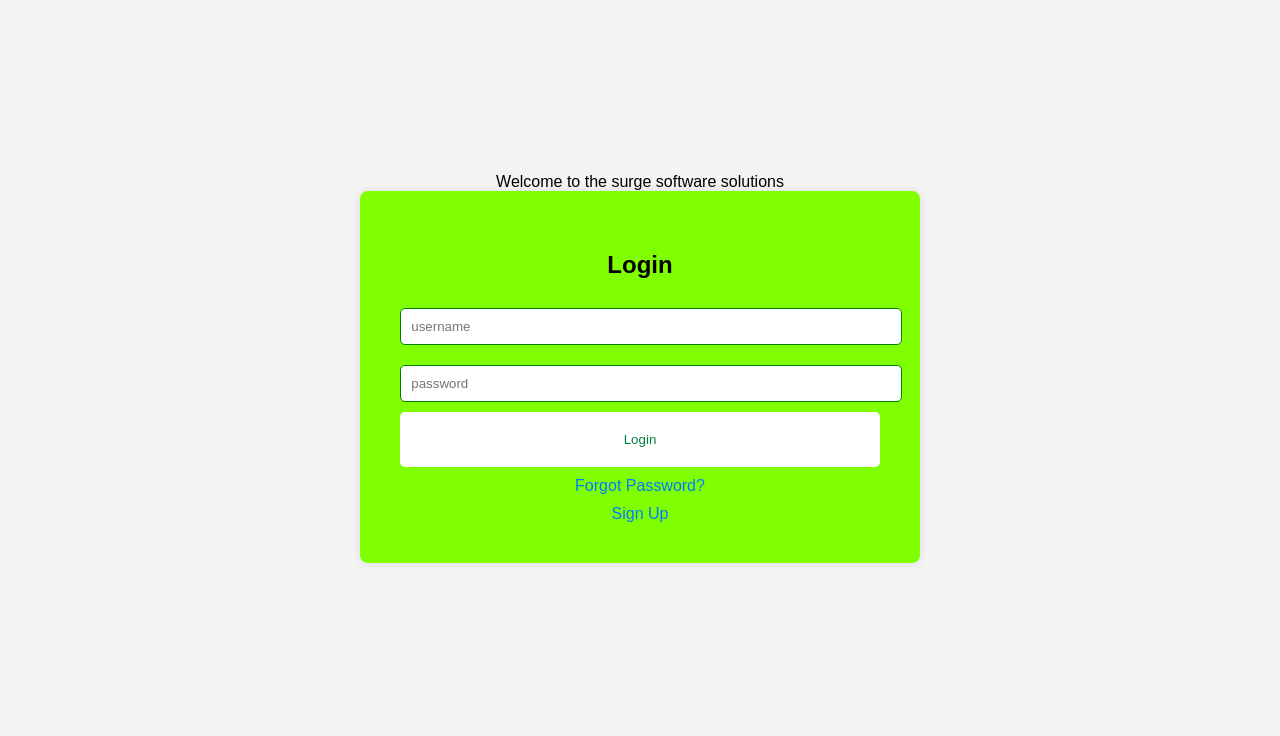
Repository: rahulmadasuongole/Demo
Page: firstwedapp/build/classes/webapp/loginfrom.html
The author's editor kept a copy of each file at every save. The page is drawn from the files as they stood at one save, then again after the next save.
The browser window is 1280 px wide. The pictures show the whole page.

Above is the page before, as saved 2025-03-06 12:12:20.

### firstwedapp/build/classes/webapp/loginfrom.html
<!DOCTYPE html>
<html lang="en">
<head>
    <meta charset="UTF-8">
    <meta name="viewport" content="width=device-width, initial-scale=1.0">
    <title>Login Page</title>
    <style>
        body {
            font-family: Arial, sans-serif;
            display: flex;
            justify-content: center;
            align-items: center;
            height: 100vh;
            background-color: #f4f4f4;
        }
        .login-container {
            background: rgb(128, 255, 0);
            padding: 40px;
            border-radius: 8px;
            box-shadow: 0px 0px 10px 0px rgba(0, 0, 0, 0.1);
            text-align: center;
        }
        .login-container input {
            width: 100%;
            padding: 10px;
            margin: 10px 0;
            border: 1px solid rgb(0, 128, 0);
            border-radius: 5px;
        }
        .login-container button {
            width: 100%;
            padding: 20px;
            background: rgb(255, 255, 255);
            color: rgb(0, 128, 64);
            border: none;
            border-radius: 5px;
            cursor: pointer;
        }
        .login-container a {
            display: block;
            margin-top: 10px;
            color: #007bff;
            text-decoration: none;
        }
    </style>
</head>
<body>
<center>
<b\>Welcome to the surge software solutions</b>
    <div class="login-container">
        <h2>Login</h2>
        <form action="Loginfrom" method="get" >
               <input type="text" placeholder="username" required>
            <input type="password" placeholder="password" required>
            <button type="submit">Login</button>
        </form>
        <a href="#">Forgot Password?</a>
        <a href="#">Sign Up</a>
    </div>

</body>
</html>

After the next save:
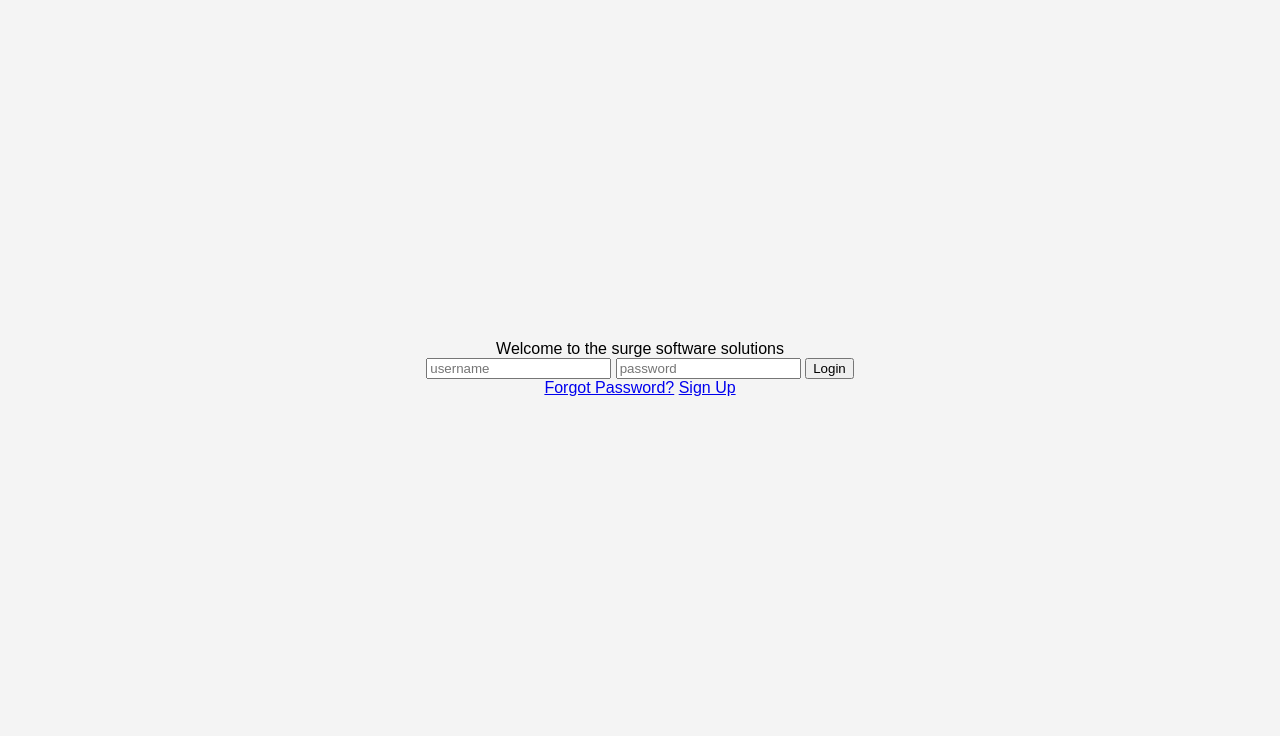
Saved 2 min 39 s later.
--- a/firstwedapp/build/classes/webapp/loginfrom.html
+++ b/firstwedapp/build/classes/webapp/loginfrom.html
@@ -47,8 +47,7 @@
 <body>
 <center>
 <b\>Welcome to the surge software solutions</b>
-    <div class="login-container">
-        <h2>Login</h2>
+
         <form action="Loginfrom" method="get" >
                <input type="text" placeholder="username" required>
             <input type="password" placeholder="password" required>
@@ -56,7 +55,7 @@
         </form>
         <a href="#">Forgot Password?</a>
         <a href="#">Sign Up</a>
-    </div>
+
 
 </body>
 </html>
